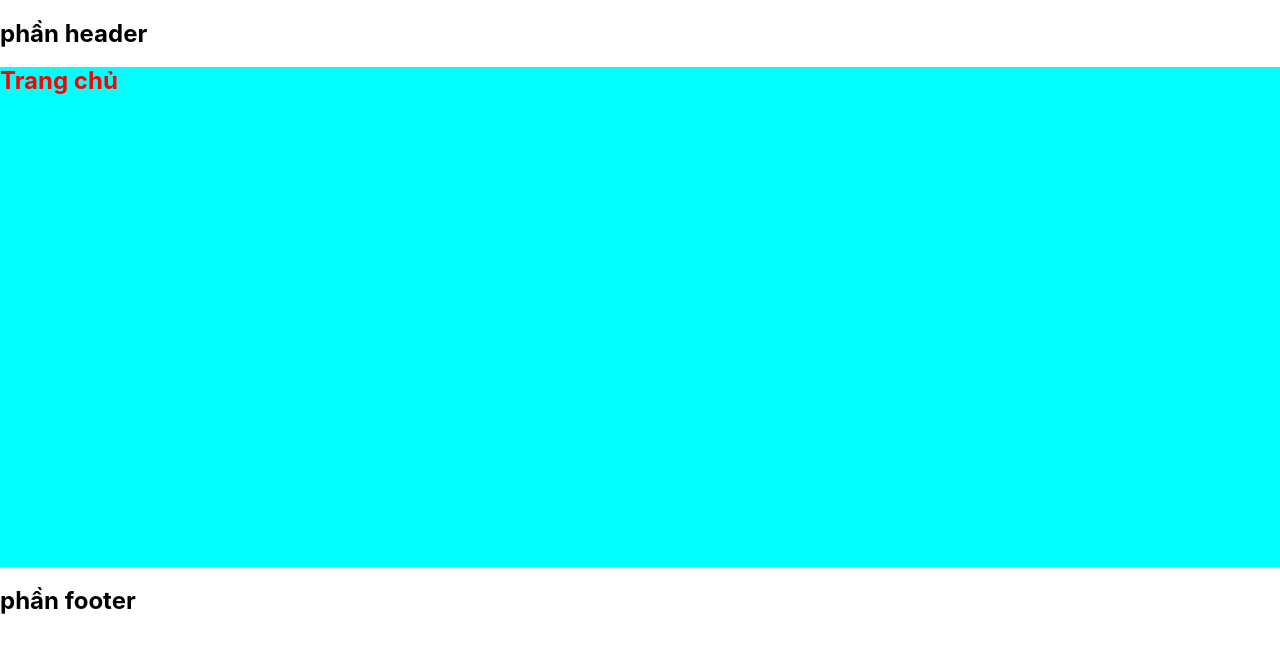
Repository: tatvanhco/shopper
Page: /
An editor plug-in stored every save of this project. The page is shown before and after the next save, followed by the edit.
The browser window is 1280 px wide. The pictures show the whole page.
The project was rebuilt for these pictures with package versions that can differ from the ones it lists, and the page was loaded fresh each time.

Above is the page before, as saved 2022-09-23 17:12:54.

After the next save:
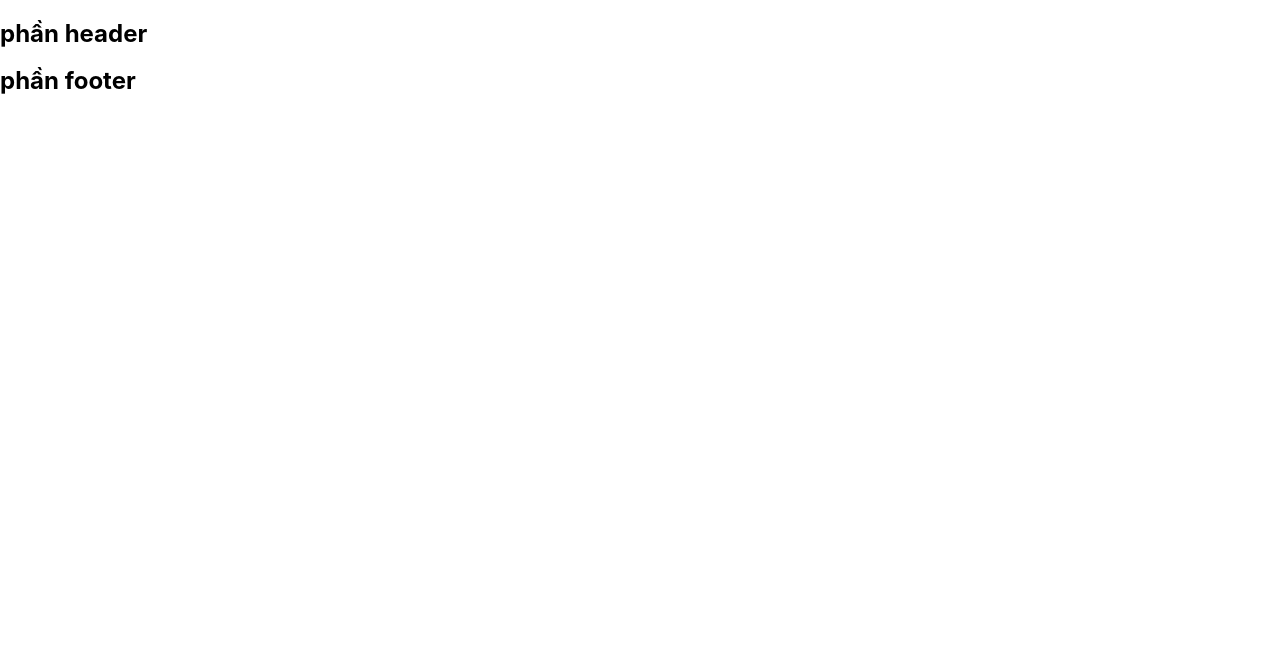
Saved 3 min 35 s later.
--- a/src/pages/home/home.tsx
+++ b/src/pages/home/home.tsx
@@ -4,7 +4,7 @@
 function Home() {
     return (
         <>
-            <h2 className={clsx(styles.heading)}>Trang chủ</h2>
+
         </>
     );
 }

After the save that followed:
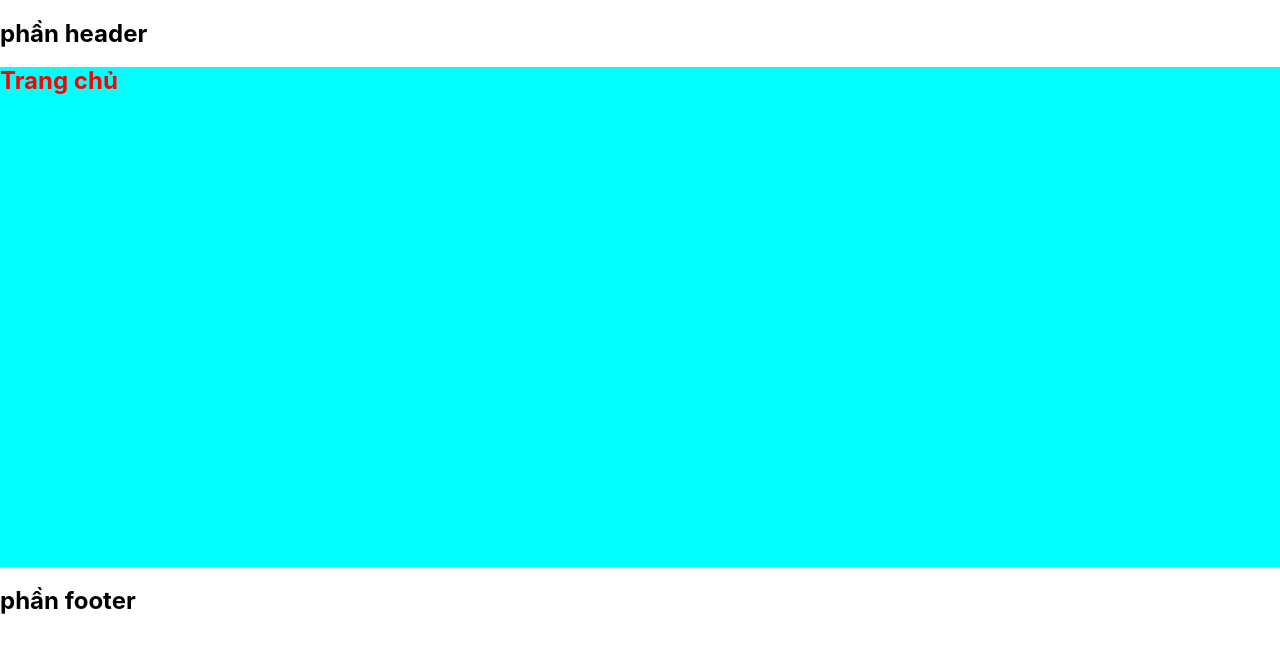
Saved 11 s later.
--- a/src/pages/home/home.tsx
+++ b/src/pages/home/home.tsx
@@ -4,7 +4,7 @@
 function Home() {
     return (
         <>
-
+            <h2 className={clsx(styles.heading)}>Trang chủ</h2>
         </>
     );
 }
